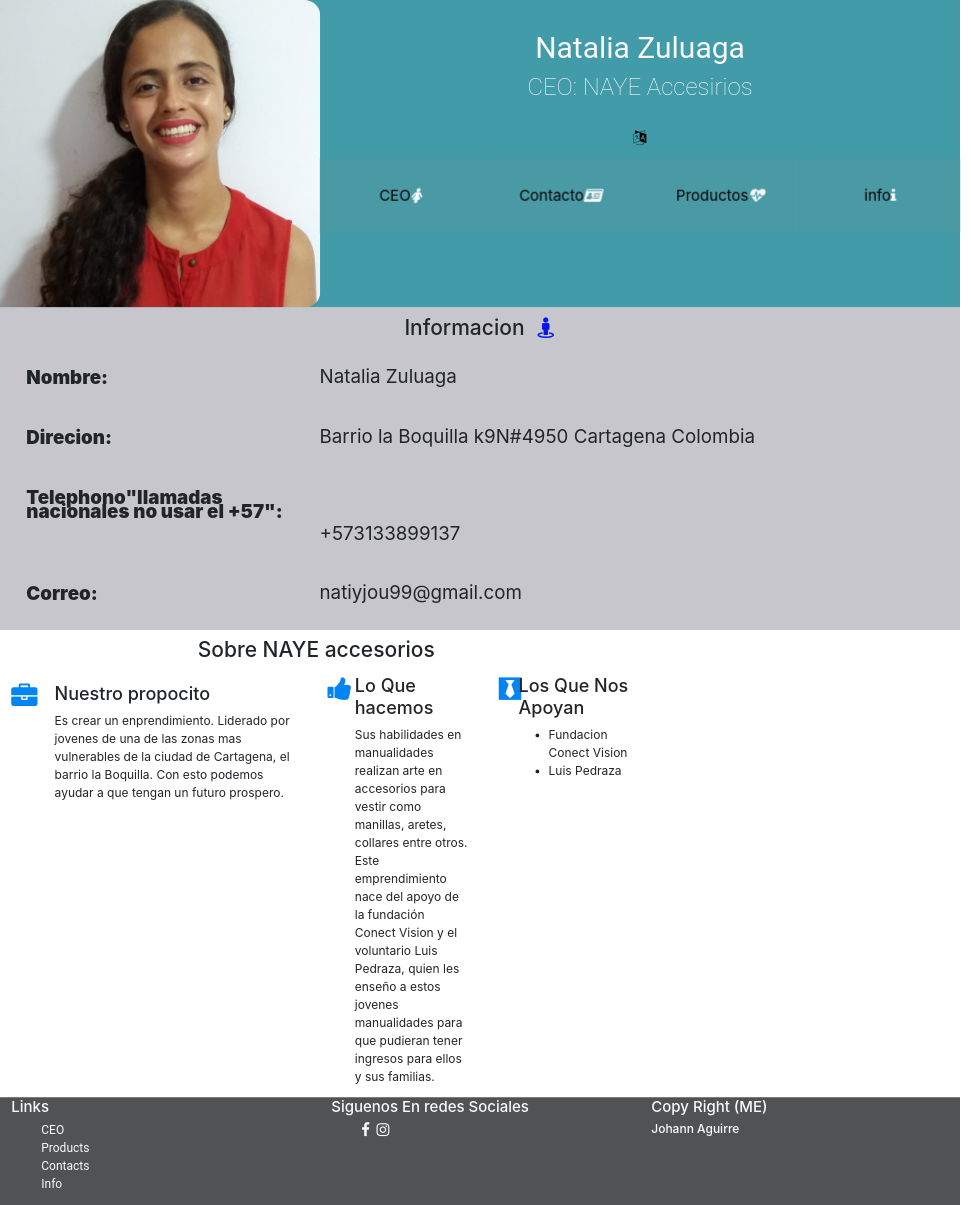
Repository: cachimiro/1-mile-stone-project
Page: index.html
The author's editor kept a record of every edit. The page is drawn from the files as they stood at one moment, then again after the next edit.
The browser window is 1280 px wide. The page is 1295 px wide, so the pictures cover 1295 px, including what lies to the right of the window. The pictures show the whole page, at 75% of full size.
Some web libraries are served in a nearby version.

Above is the page before.

After the next edit:
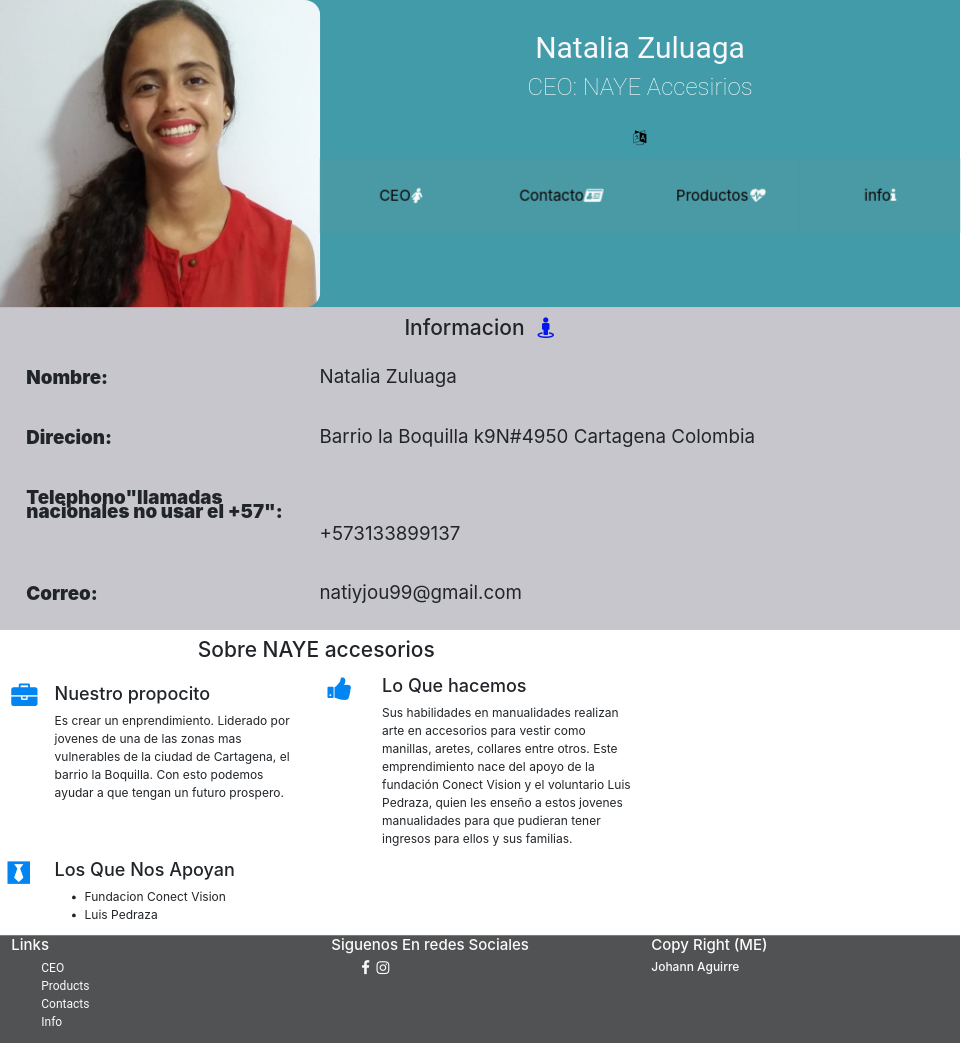
The edit:
--- a/index.html
+++ b/index.html
@@ -159,7 +159,7 @@
                                 </div>
                             </div>
                         </div>
-                         <div class="col">
+                         <div class="col-10 offset-1 offset-sm-0 col-sm-4 col-md-6">
                             <div class="row">
                                 <div class="col-2">
                                     <i class="move-icon-3 three-reasons-icon fa fa-black-tie" aria-hidden="true"></i>
